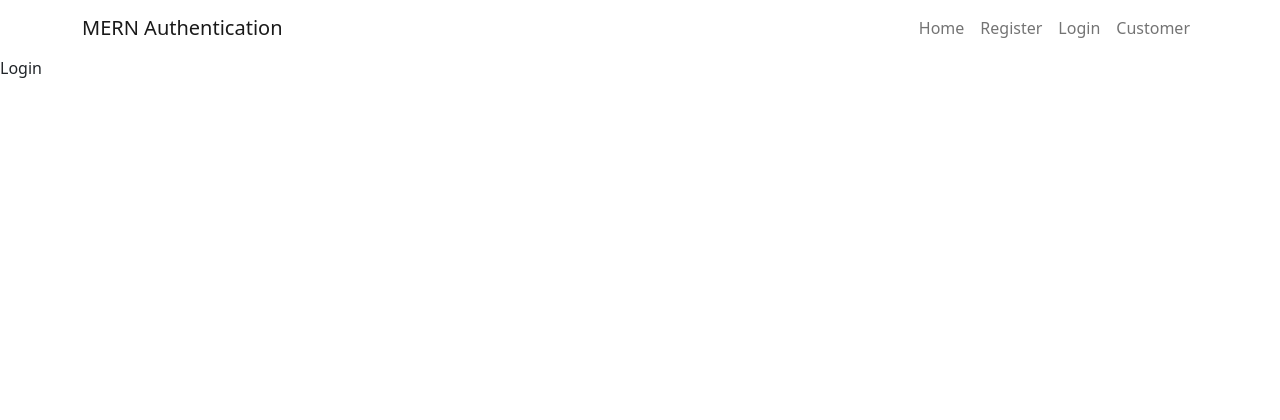
Repository: RubaHusam/MERN-Auth
Page: /login (app in frontend/)
The author's editor kept a copy of each file at every save. The page is drawn from the files as they stood at one save, then again after the next save.
The browser window is 1280 px wide. The pictures show the whole page.
The project was rebuilt for these pictures with package versions that can differ from the ones it lists, and the page was loaded fresh each time. Also part of the build but not shown: frontend/src/components/Auth/Register.js.

Above is the page before, as saved 2023-01-29 17:35:57.

After the next save:
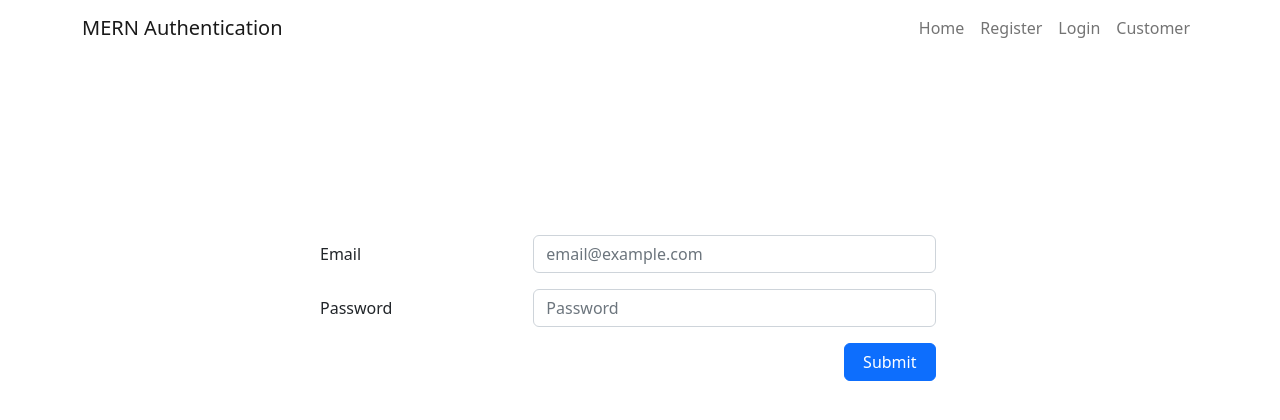
Saved 27 s later.
--- a/frontend/src/App.js
+++ b/frontend/src/App.js
@@ -1,9 +1,10 @@
 import React from 'react';
 import { BrowserRouter as Router, Route, Routes } from 'react-router-dom';
+import axios from 'axios';
 
 import Header from './components/Layout/Header';
 import Register from './components/Auth/Register';
-import axios from 'axios';
+import Login from './components/Auth/Login';
 
 axios.defaults.withCredentials = true; //to allow save cookie
 
@@ -15,7 +16,7 @@ function App() {
         <Routes>
           <Route path='/' element={<div>Home</div>}></Route>
           <Route path='/register' element={<Register />}></Route>
-          <Route path='/login' element={<div>Login</div>}></Route>
+          <Route path='/login' element={<Login />}></Route>
           <Route path='/customer' element={<div>Customer</div>}></Route>
         </Routes>
       </Router>
